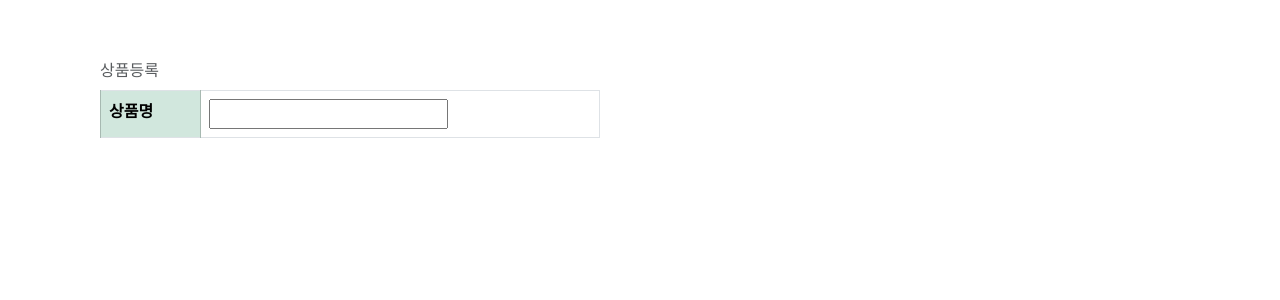
Repository: JunbroGit/SistProject
Page: http://localhost/jsaAjaxProject/quizshop/addForm.jsp
An editor plug-in stored every save of this project. The page is shown before and after the next save, followed by the edit.
The browser window is 1280 px wide. The pictures show the whole page.
Some web fonts or font styles are not loaded; a fallback is used. The page is served by Tomcat 9. Other server files are loaded and not shown.

Above is the page before, as saved 2024-03-12 06:17:19.

### jspwork/jsaAjaxProject/src/main/webapp/quizshop/addForm.jsp
<%@ page language="java" contentType="text/html; charset=UTF-8"
    pageEncoding="UTF-8"%>
<!DOCTYPE html>
<html>
<head>
<meta charset="UTF-8">
<link href="https://cdn.jsdelivr.net/npm/bootstrap@5.3.2/dist/css/bootstrap.min.css" rel="stylesheet">
<link href="https://fonts.googleapis.com/css2?family=Dongle&family=Gaegu&family=Nanum+Myeongjo&family=Nanum+Pen+Script&family=Noto+Sans+KR:wght@100..900&display=swap" rel="stylesheet">
<script src="https://code.jquery.com/jquery-3.7.0.js"></script>
<title>Insert title here</title>
</head>
<body>
<div style="margin: 50px 100px; width: 500px;">
	<form action="">
		<table class="table table-bordered">
			<caption align="top">상품등록</caption>
				<tr>
					<th class="table-success" width="100">상품명</th>
					<td>
						<input type="text" name="sang_name" required="required">
					</td>
				</tr>
		</table>
	</form>
</div>
</body>
</html>

After the next save:
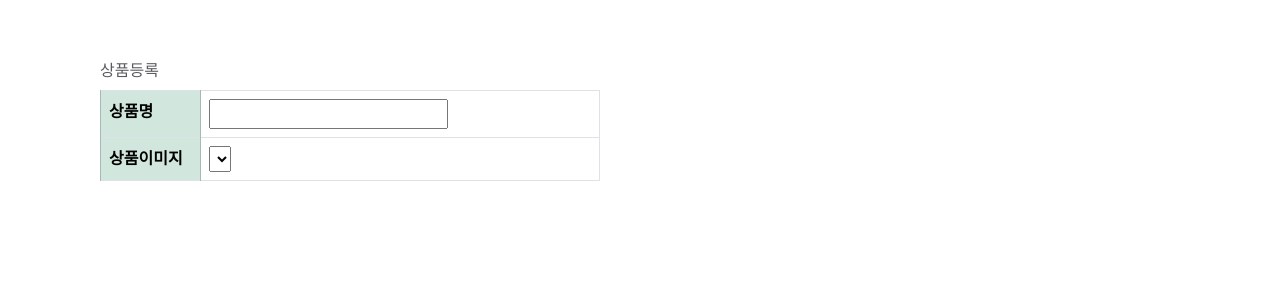
Saved 113 s later.
--- a/jspwork/jsaAjaxProject/src/main/webapp/quizshop/addForm.jsp
+++ b/jspwork/jsaAjaxProject/src/main/webapp/quizshop/addForm.jsp
@@ -20,6 +20,14 @@
 						<input type="text" name="sang_name" required="required">
 					</td>
 				</tr>
+				<tr>
+					<th class="table-success" width="100">상품이미지</th>
+					<td>
+						<select>
+							<option value="1"></option>
+						</select>
+					</td>
+				</tr>
 		</table>
 	</form>
 </div>
